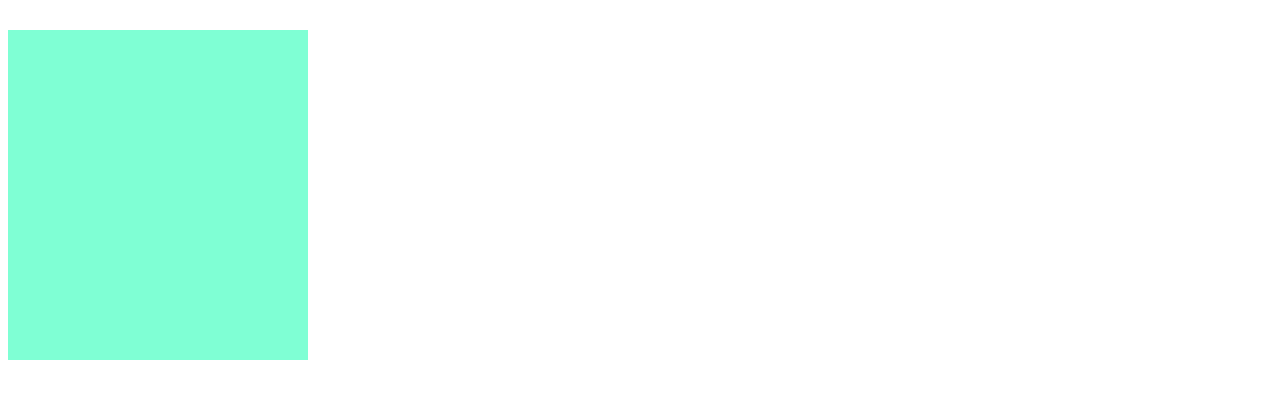
Repository: yuu3176/theme1
Page: box/box.html
The author's editor kept a record of every edit. The page is drawn from the files as they stood at one moment, then again after the next edit.
The browser window is 1280 px wide. The pictures show the whole page.

Above is the page before.

### box/box.html
<!DOCTYPE html>
<html lang="ja">
  <head>
    <meta charset="UTF-8" />
    <link rel="stylesheet" href="box.css" />
    <title>BOX</title>
  </head>

  <body>
    <!-- box1用のdiv -->
    <div class="box1"></div>
  </body>
</html>

### box/box.css
.box1{
  width: 300px;
  height: 300px;
  background-color: #7fffd4;
  margin-top:30px;
  padding-bottom:30px;
}
.box2{
  width:100px;
  height:100px;
  background-color:blue;
  border:5px dotted yellow;
}

After the next edit:
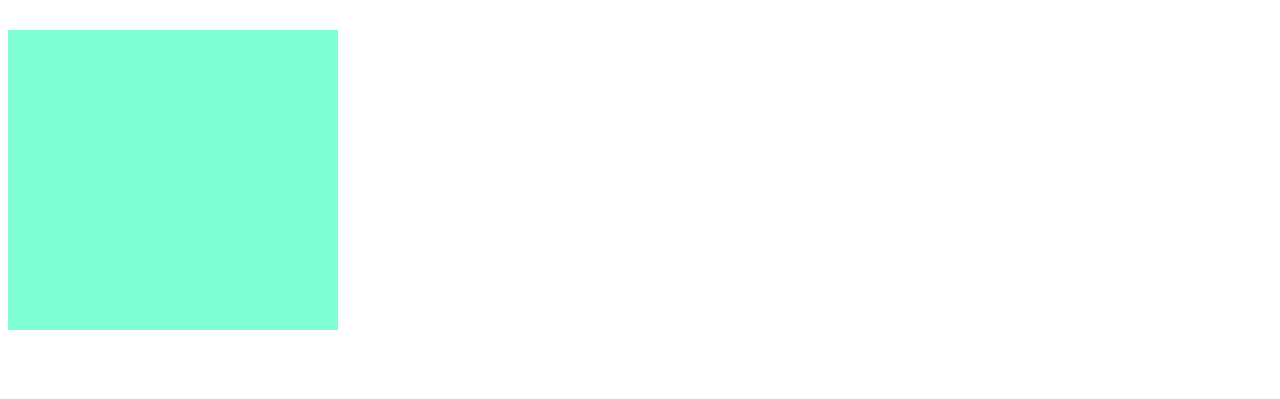
The edit:
--- a/box/box.css
+++ b/box/box.css
@@ -3,7 +3,7 @@
   height: 300px;
   background-color: #7fffd4;
   margin-top:30px;
-  padding-bottom:30px;
+  padding-left: 30px;
 }
 .box2{
   width:100px;
